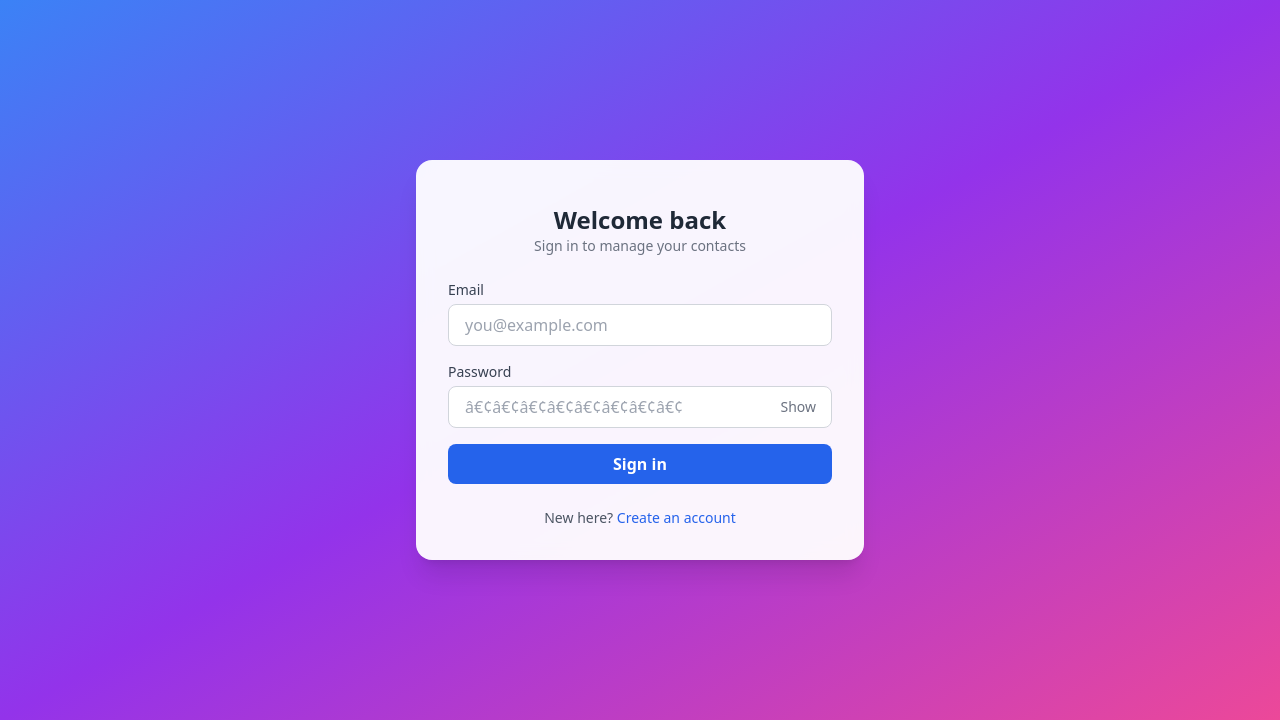
Repository: tauseefthedeveloper/ContactManagementSystem
Page: http://localhost/ContactManagementSystem/login.jsp
The author's editor kept a copy of each file at every save. The page is drawn from the files as they stood at one save, then again after the next save.
The browser window is 1280 px wide. The pictures show the whole page.
Some web libraries are served in a nearby version. The page is served by Tomcat 9. Other server files are loaded and not shown.

Above is the page before, as saved 2025-09-01 12:13:58.

### ContactManagementSystem/src/main/webapp/login.jsp
<!DOCTYPE html>
<html lang="en">
<head>
<meta charset="UTF-8" />
<title>Login — Contact Manager</title>
<!-- Tailwind CSS CDN -->
<script src="https://cdn.tailwindcss.com"></script>
<meta name="viewport" content="width=device-width, initial-scale=1" />
</head>
<body>
	<div
		class="min-h-screen bg-gradient-to-br from-blue-500 via-purple-600 to-pink-500 flex items-center justify-center p-4">

		<!-- Card -->
		<div
			class="w-full max-w-md bg-white/95 backdrop-blur rounded-2xl shadow-xl p-8">
			<div class="text-center mb-6">
				<h1 class="mt-3 text-2xl font-bold text-gray-800">Welcome back</h1>
				<p class="text-sm text-gray-500">Sign in to manage your contacts</p>
			</div>

			<!-- Alert (optional, show on server error) -->
			<!-- <div class="mb-4 rounded-lg bg-red-50 border border-red-200 text-red-700 px-4 py-2 text-sm">Invalid email or password.</div> -->

			<form id="login" action="Login" method="post"
				class="space-y-4">
				<!-- Email -->
				<div>
					<label for="email" class="block text-sm font-medium text-gray-700">Email</label>
					<input type="email" id="email" name="email" required
						autocomplete="email"
						class="mt-1 w-full rounded-lg border border-gray-300 px-4 py-2 focus:outline-none focus:ring-2 focus:ring-blue-500 focus:border-blue-500"
						placeholder="you@example.com" />
				</div>

				<!-- Password -->
				<div>
					<label for="password"
						class="block text-sm font-medium text-gray-700">Password</label>
					<div class="relative mt-1">
						<input type="password" id="password" name="password" required
							autocomplete="current-password"
							class="w-full rounded-lg border border-gray-300 px-4 py-2 pr-12 focus:outline-none focus:ring-2 focus:ring-blue-500 focus:border-blue-500"
							placeholder="••••••••" />
						<button type="button" id="togglePwd"
							class="absolute inset-y-0 right-2 my-auto text-gray-500 text-sm px-2 rounded hover:bg-gray-100">
							Show</button>
					</div>
				</div>

				<!-- Submit -->
				<button type="submit"
					class="w-full rounded-lg bg-blue-600 text-white font-semibold py-2 hover:bg-blue-700 transition">
					Sign in</button>
			</form>

			<!-- Register link -->
			<p class="mt-6 text-center text-sm text-gray-600">
				New here? <a href="register.jsp"
					class="text-blue-600 font-medium hover:underline">Create an
					account</a>
			</p>
		</div>
	</div>

	<!-- Tiny JS: client checks + toggle password -->
	<script src="https://code.jquery.com/jquery-3.6.0.min.js"></script>
	<script>
  // Password toggle
  const toggle = document.getElementById('togglePwd');
  const pwd = document.getElementById('password');
  toggle.addEventListener('click', () => {
    const isHidden = pwd.type === 'password';
    pwd.type = isHidden ? 'text' : 'password';
    toggle.textContent = isHidden ? 'Hide' : 'Show';
  });

  // AJAX Login
  $('#login').on('submit', function(event){
	event.preventDefault();
    let email = $('#email').val().trim();
    let password = $('#password').val().trim();

    if (!email || !password) {
      alert('Please enter both email and password.');
      return;
    }

    $.ajax({
      url: '<%=request.getContextPath()%>/Login',
      type: 'POST',
      data: { email: email, password: password },
      success: function(data){
        if(data.trim() == "true"){
          alert("index.jsp");
          window.location.href = "<%=request.getContextPath()%>/ContactManagementSystem";
        } else {
          alert("Invalid credentials user not found!");
        }
      },
      error: function(){
        alert("Something went wrong!");
      }
    });
  });
</script>

</body>
</html>

After the next save:
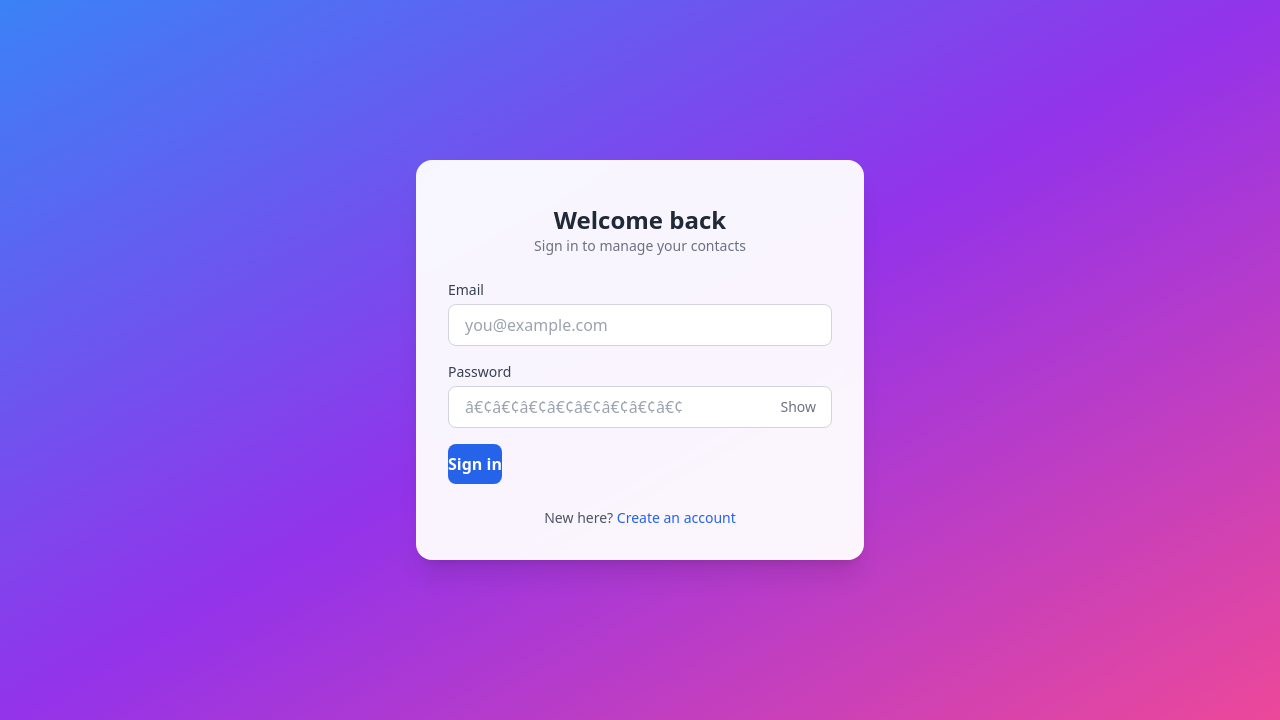
Saved 24 s later.
--- a/ContactManagementSystem/src/main/webapp/login.jsp
+++ b/ContactManagementSystem/src/main/webapp/login.jsp
@@ -50,7 +50,7 @@
 
 				<!-- Submit -->
 				<button type="submit"
-					class="w-full rounded-lg bg-blue-600 text-white font-semibold py-2 hover:bg-blue-700 transition">
+					class="rounded-lg bg-blue-600 text-white font-semibold py-2 hover:bg-blue-700 transition">
 					Sign in</button>
 			</form>
 

After the save that followed:
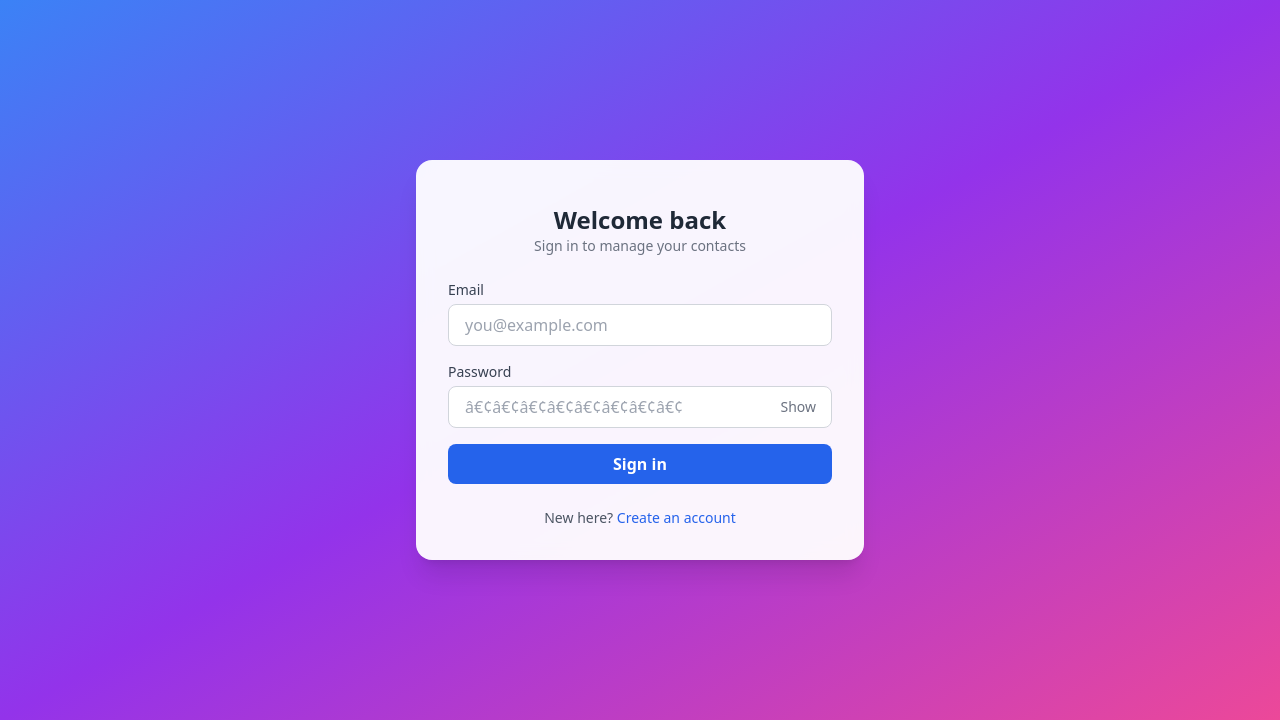
Saved 8 s later.
--- a/ContactManagementSystem/src/main/webapp/login.jsp
+++ b/ContactManagementSystem/src/main/webapp/login.jsp
@@ -50,7 +50,7 @@
 
 				<!-- Submit -->
 				<button type="submit"
-					class="rounded-lg bg-blue-600 text-white font-semibold py-2 hover:bg-blue-700 transition">
+					class="w-full rounded-lg bg-blue-600 text-white font-semibold py-2 hover:bg-blue-700 transition">
 					Sign in</button>
 			</form>
 
